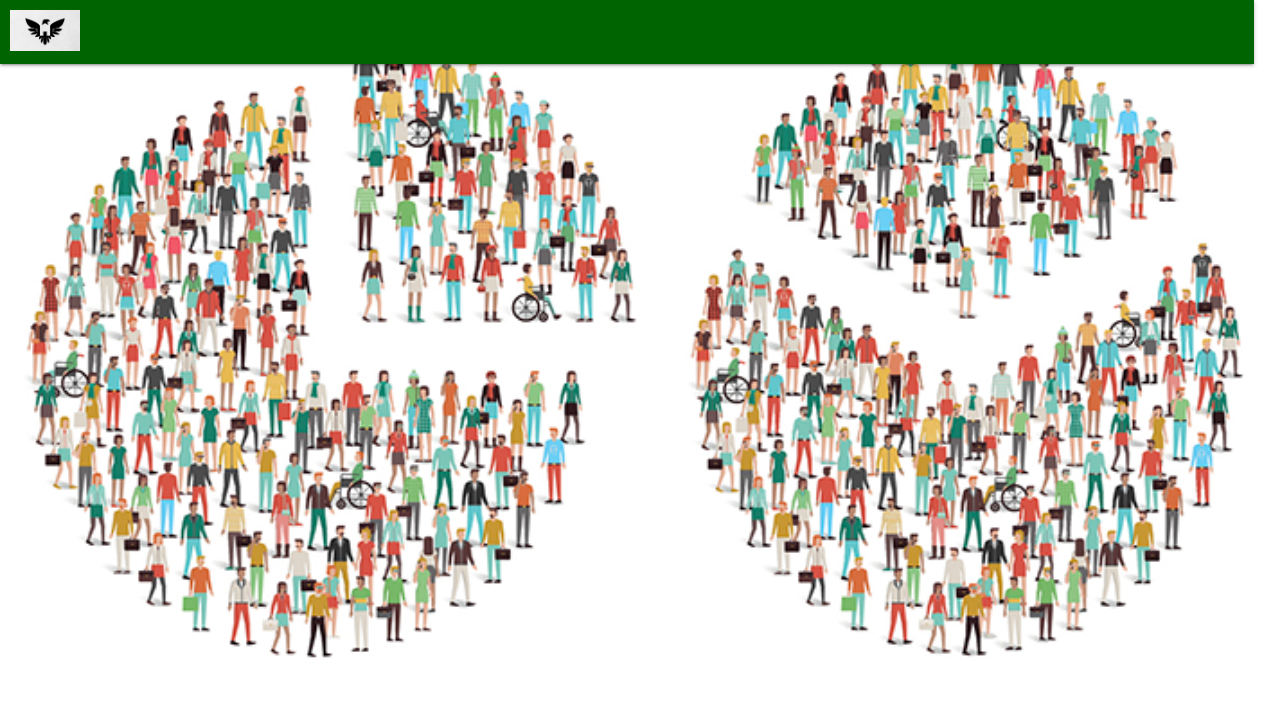
Repository: deepakgautam/SurveyApplication
Page: / (app in client/)
The author's editor kept a copy of each file at every save. The page is drawn from the files as they stood at one save, then again after the next save.
The browser window is 1280 px wide. The pictures show the whole page.
The page's requests for data from a server got no answer. The project was rebuilt for these pictures with package versions that can differ from the ones it lists, and the page was loaded fresh each time. No one was signed in, and anything a server would have sent is missing. Also part of the build but not shown: client/src/components/payments.js, client/src/components/landing.js, client/src/components/surveys/surveyList.js, client/src/components/dashboard.js, client/src/components/surveys/surveyFields.js, client/src/utils/validateEmails.js, client/src/components/surveys/formFields.js, client/src/components/surveys/surveyForm.js and 2 more.

Above is the page before, as saved 2018-06-24 21:54:27.

### client/src/index.js
import React from 'react';
import ReactDOM from 'react-dom';
import 'materialize-css/dist/css/materialize.min.css'
import { Provider } from 'react-redux';
import { createStore, applyMiddleware,compose } from 'redux';
import RootReducers from './reducers';
import promiseMiddleware from 'redux-promise-middleware'
import reduxThunk from 'redux-thunk';
import App from './containers/App.js'

import axios from 'axios';

window.axios = axios ;
const composeEnhancers = window.__REDUX_DEVTOOLS_EXTENSION_COMPOSE__ || compose;

const createStoreWithMiddleware = createStore(
  RootReducers,
  composeEnhancers(
    applyMiddleware(
      reduxThunk,)
  ),
);
ReactDOM.render(
  <Provider store={createStoreWithMiddleware}>
    <App />
  </Provider>
  , document.querySelector('#root')
);

### client/src/reducers/index.js
import { combineReducers } from 'redux';
import AuthReducer from './AuthReducer';
import {reducer as FormReducerRedux} from 'redux-form';
import surveyReducer from './surveysReducers'

/* this is the root reducers  for all  reducers
   state is the state the Application state
   all these keys {AuthData,....} are available
   as the key of the application state and used in the react
*/
const rootReducer = combineReducers({
   AuthUser : AuthReducer,
   form :FormReducerRedux,
   surveyRecord : surveyReducer

});
export default rootReducer;

### client/src/containers/App.js
import React,{Component} from 'react';
import Header from '../components/header';
import Landing from '../components/landing';
import Dashboard from '../components/dashboard';
import {BrowserRouter, Route} from 'react-router-dom';
import {connect } from 'react-redux';
import * as actions from '../actions/index';
import {bindActionCreators} from 'redux';
import NewSurveys from '../components/surveys/newSurveys.js'
import Background from '../images/Year-end-survey-712.png'

class  App extends Component {
    constructor(){
        super ();
        this.state = { windowHeight : window.innerHeight+'px'};
    }
    componentDidMount() {
        this.props.currentUserAction();
    }
    getStyle() {
           return  {
            width: "100%",
            height: this.state.windowHeight,
            backgroundImage:`url(${Background})`,
            backgroundPosition: "center",
            backgroundRepeat: "no-repeat",
            backgroundSize: "cover",
            maxHeight: "100%",
            backgroundSize:"100% 100%"
            }
    }
   render () {
    let height = this.state.windowHeight;
    return (
        <div className="container"  style={this.getStyle()}>
            <BrowserRouter>
                <div>
                  <Header/>
                  <Route exact path ="/landing" component ={Landing} />
                  <Route exact path ="/surveys/new" component ={NewSurveys} />
                  <Route exact path ="/dashboard" component ={Dashboard} />
               </div>
            </BrowserRouter>
        </div>
    )
   };
}

function mapStateToProps(state) {
    return {
      currentUser : state.AuthUser
    };
  }
function mapDispatchToProps(dispatch) {
    return bindActionCreators({currentUserAction: actions.fetchUser}, dispatch);
}
export default connect(mapStateToProps, mapDispatchToProps)(App);

### client/src/reducers/AuthReducer.js
import {FETCH_USER} from '../utils/constants'
export default function(state = null, action) {
    if(typeof action == 'undefined') return state;
    switch(action.type) {
        case FETCH_USER :
        {
            console.log('action payload',action.payload);
            return action.payload || false;
            break;
        }
    }
    return state;
};

### client/src/reducers/surveysReducers.js
import {FETCH_SURVEYS} from '../utils/constants'
export default function (state =[] ,action){
    switch(action.type)  {
        case FETCH_SURVEYS :
        return action.payload;
        default :
        return state;
    }
}

### client/src/components/header.js
import '../css/navBar.css'
import React,{Component} from 'react';
import {Link} from 'react-router-dom';
import {connect } from 'react-redux';
import Payments from './payments'
import Background from '../images/Year-end-survey-712.png'
class  Header extends Component {
  renderHeader() {
    switch(this.props.AuthUser) {
      case null:
        return ;
        break;
      case false:
      return   <li><a href="auth/google">Login With Google</a></li>;
      default :
      return  [
               <li key="1"><Payments/></li>,
               <li key = "2" style= {{"margin":"0 10px"}}>Credit {this.props.AuthUser.credit}</li>,
               <li key="2"><a href="api/logout">Logout</a></li>
              ];
    }
 }
 render(){
    return (
      <nav>
        <div className="nav-wrapper">
          <Link
           to ={this.props.AuthUser ? '/surveys' : '/'}
           className="left brand-logo"><img src={require('../images/logo2.jpg')}
            style ={{maxHeight:70, maxWidth:70, margin:10}}/>
          </Link>
          <ul id="nav-mobile" className="right hide-on-med-and-down">
            {this.renderHeader()}
          </ul>
        </div>
      </nav>
    );
  }
}
function mapStateToProps(state) {
  return {
    AuthUser : state.AuthUser
  };
}
export default connect(mapStateToProps)(Header);

### client/src/actions/index.js
import axios from 'axios';
import {FETCH_USER,FETCH_SURVEYS} from '../utils/constants'

// export const  fetchUser = () =>{
//     return async function(dispatch) {
//      const user=  await axios.get('/api/current_user');
//      dispatch({type: FETCH_USER ,payload: user});
//     }
// }
//es6 syntax of above function
export const  fetchUser = () =>async (dispatch) =>{
    const res = await axios.get('/api/current_user');
    dispatch({type: FETCH_USER ,payload: res.data});
};
export const  handelPaymentTocken = (token) =>async (dispatch) =>{
    const res = await axios.post('/api/stripe',token);
    dispatch({type: FETCH_USER ,payload: res.data});
};

export const submitSurvey = (values,history) =>async (dispatch) =>{
     console.log('sending survey data ',values);
     const res = await axios.post('/api/surveys',values); // res will contains updates user with deducted credits
     history.push('/surveys');
     dispatch({type : FETCH_USER,payload : res.data});

};

export const fetchSurveys = () =>async (dispatch) =>{
     const res = await axios.get('/api/surveysList');
     dispatch({type : FETCH_SURVEYS,payload : res.data});
};

### client/src/utils/constants.js
export const FETCH_USER = 'fetch user';
export const FETCH_DETAILS = 'fetch details';
export const FETCH_SURVEYS = 'fetch surveys';

### client/src/css/navBar.css
#nav-mobile {
    display: block !important
}
#root > div > div > nav {
    background-color : #006400;
    width: 98%;
}
.container {
    max-width: 100%;
    width: 100%;
}

Loaded but not shown: client/public/index.html (common file)

After the next save:
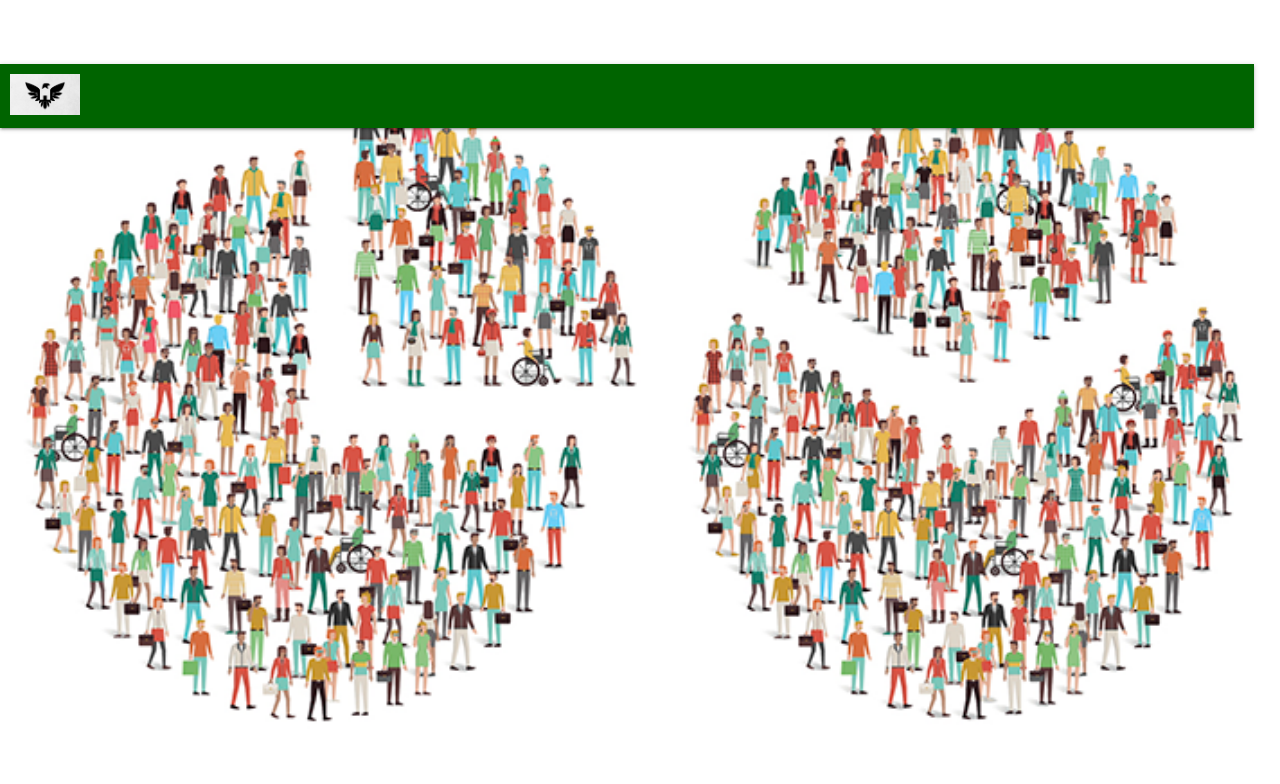
Saved 2 min 49 s later.
--- a/client/src/containers/App.js
+++ b/client/src/containers/App.js
@@ -26,7 +26,8 @@ class  App extends Component {
             backgroundRepeat: "no-repeat",
             backgroundSize: "cover",
             maxHeight: "100%",
-            backgroundSize:"100% 100%"
+            backgroundSize:"100% 100%",
+            marginTop : '64px'
             }
     }
    render () {
